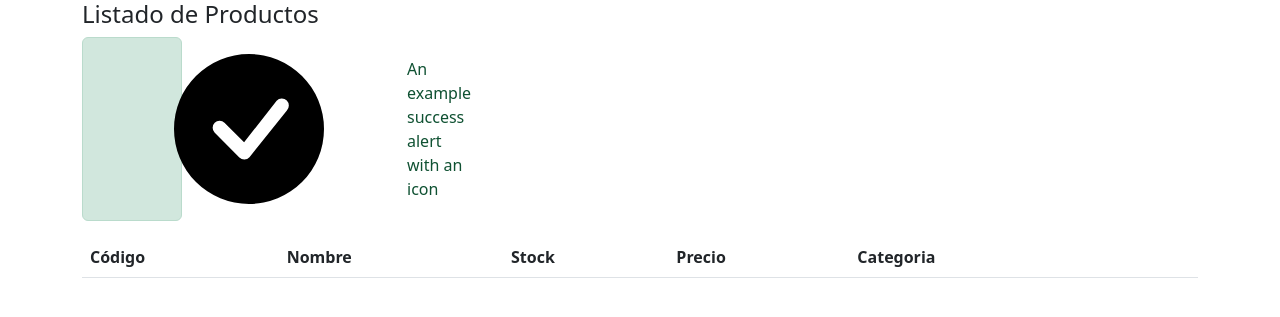
Repository: xJerson/ClaseSpring20-10-2023
Page: http://localhost/listado
The author's editor kept a copy of each file at every save. The page is drawn from the files as they stood at one save, then again after the next save.
The browser window is 1280 px wide. The pictures show the whole page.
The page is this project's Thymeleaf template; nobody is signed in. The template is opened directly, without the code that normally fills it, so the values that code supplies are empty.

Above is the page before, as saved 2023-10-21 02:42:51.

After the next save:
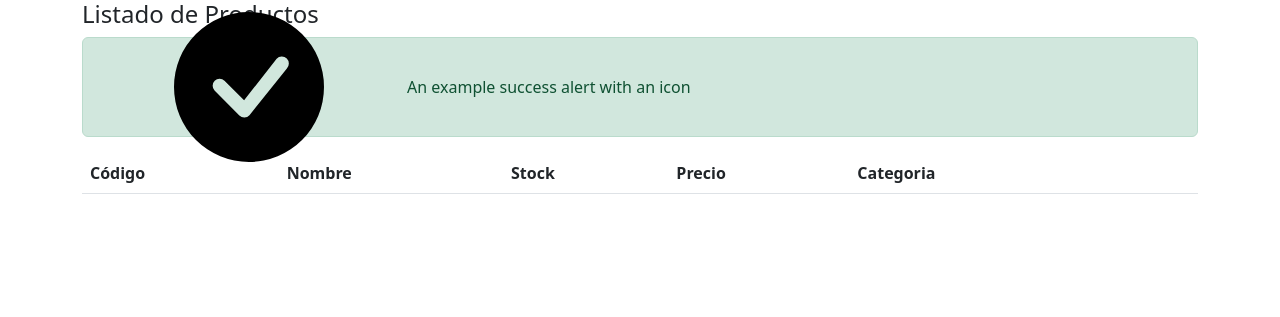
Saved 15 s later.
--- a/dawi_sesion06G2/src/main/resources/templates/listado.html
+++ b/dawi_sesion06G2/src/main/resources/templates/listado.html
@@ -22,7 +22,7 @@
   </symbol>
 </svg>
 
- <div class="alert alert-success d-flex align-items-center" role="alert" style="width: 100px;">
+ <div class="alert alert-success d-flex align-items-center" role="alert" style="height: 100px;">
   <svg class="bi flex-shrink-0 me-2" role="img" aria-label="Success:"><use xlink:href="#check-circle-fill"/></svg>
   <div>
     An example success alert with an icon
